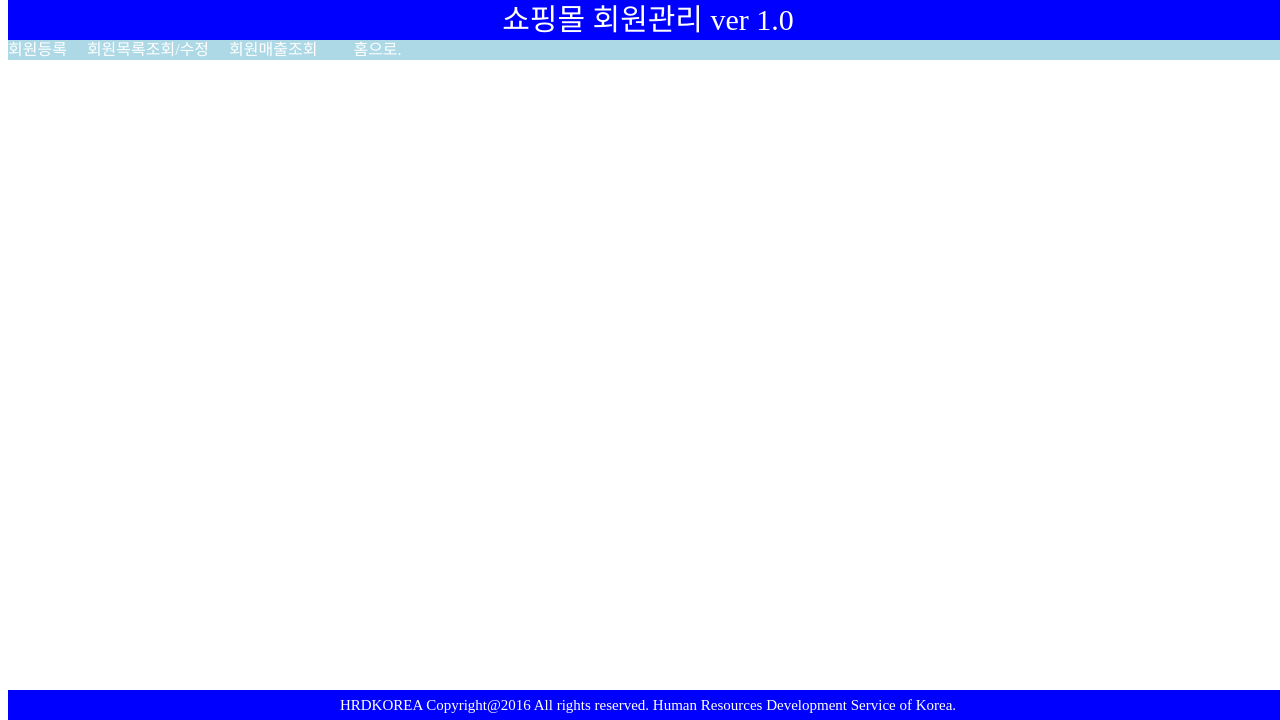
Repository: leesuyeon116/HRD_1
Page: http://localhost/HRD_0416/list.jsp
The author's editor kept a copy of each file at every save. The page is drawn from the files as they stood at one save, then again after the next save.
The browser window is 1280 px wide. The pictures show the whole page.
The page is served by Tomcat 9.

Above is the page before, as saved 2024-04-17 01:26:17.

After the next save:
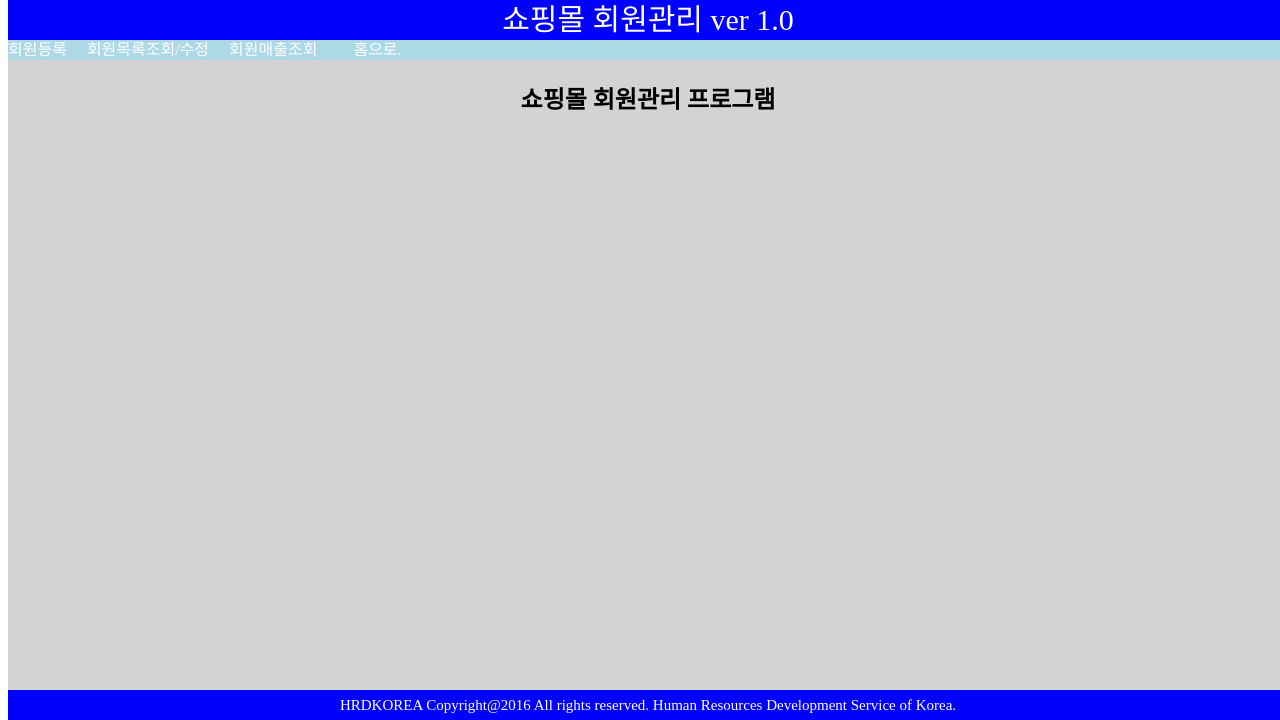
Saved 81 s later.
--- a/HRD_0416/src/main/webapp/list.jsp
+++ b/HRD_0416/src/main/webapp/list.jsp
@@ -9,6 +9,9 @@
 <body>
 <jsp:include page="header.jsp" />
 
+<section style="position: fixed; top: 60px; width: 100%; height: 100%; background-color: lightgray">
+    <h2 style="text-align: center;"><b>쇼핑몰 회원관리 프로그램</b></h2><br>
+</section>
 
 <jsp:include page="footer.jsp" />
 
